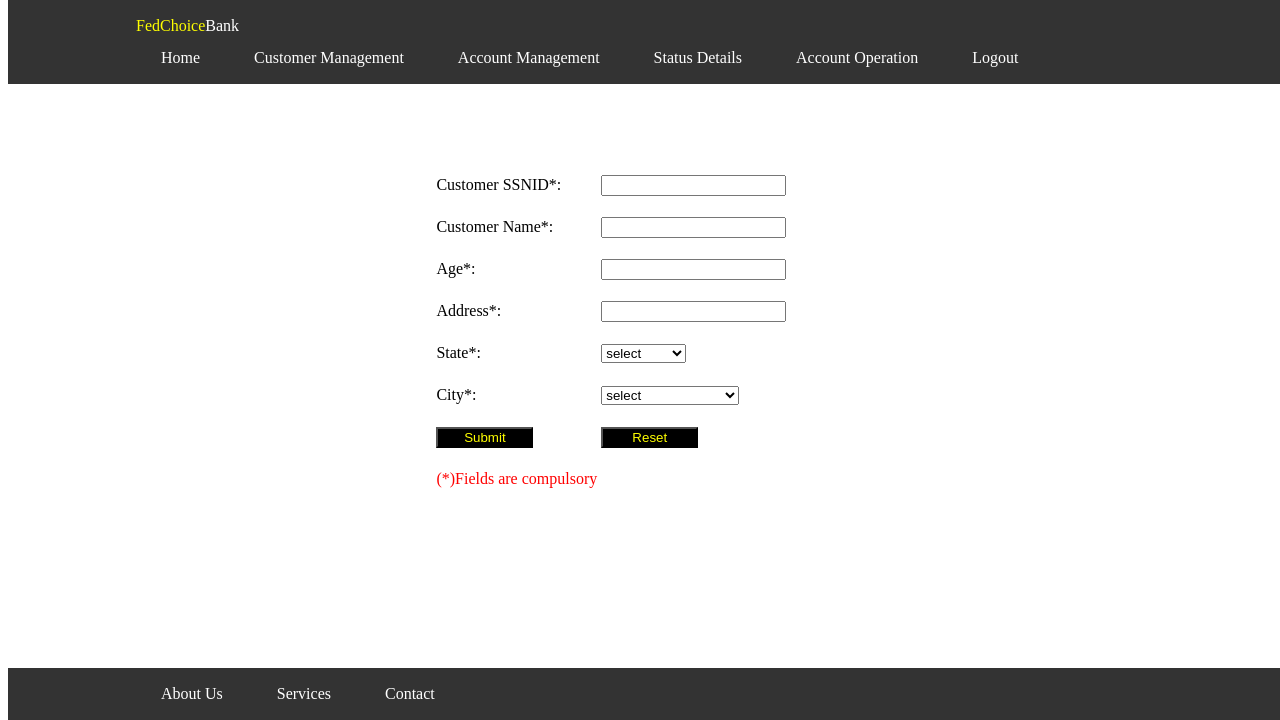
Repository: gopikavinod/RBM
Page: http://localhost/Retail_Bank_Management/userLogged.jsp
These files come from the project's save history. The page is drawn as it stood at one moment and after the next save; the edit follows.
The browser window is 1280 px wide. The pictures show the whole page.
The page is served by Tomcat 9.

Above is the page before, as saved 2020-06-15 11:10:27.

After the next save:
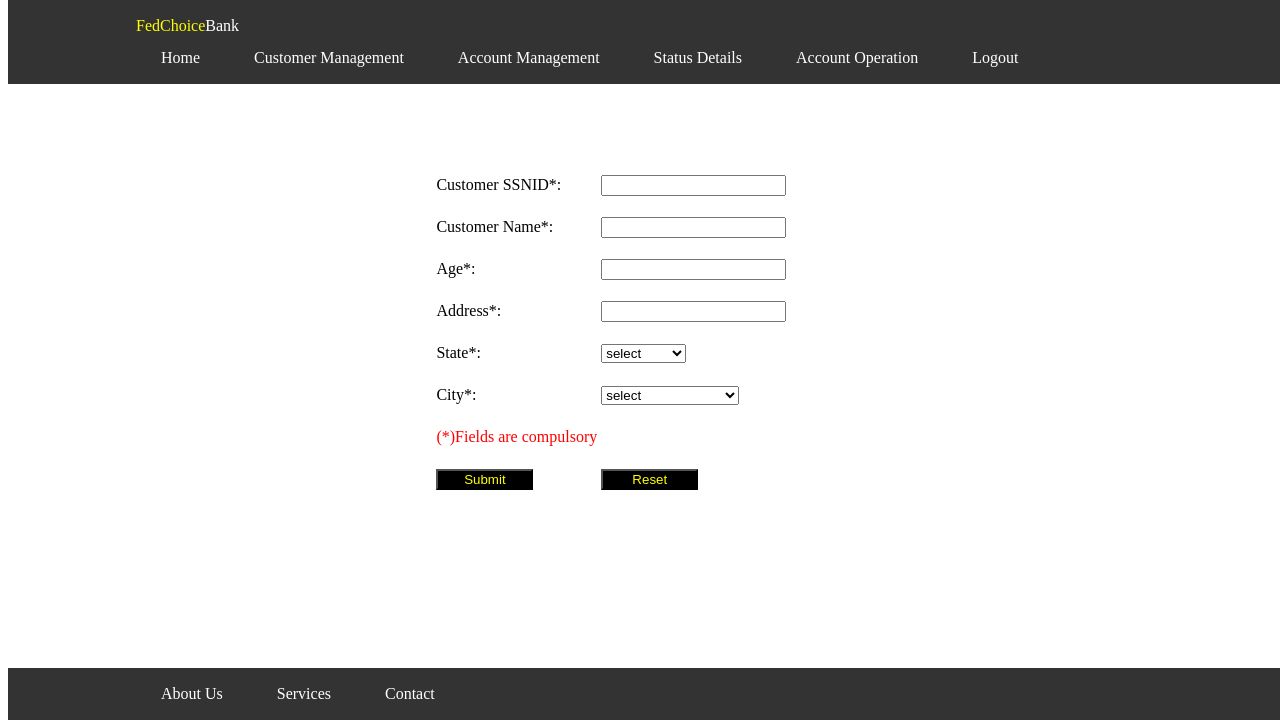
Saved 24 s later.
--- a/eclipse-workspace/Retail Bank Management/WebContent/userLogged.jsp
+++ b/eclipse-workspace/Retail Bank Management/WebContent/userLogged.jsp
@@ -122,14 +122,15 @@
 </select>
 </td>
 </tr>
+<tr >
+<td style="color: red;"> (*)Fields are compulsory</td>
+
+</tr>
 <tr colspan="1">
 <td><input type="submit" value="Submit" style="background-color: black;color: yellow ;width:97px"></td>
 <td><input type="reset" value="Reset" style="background-color: black;color: yellow ;width:97px"></td>
 </tr>
-<tr >
-<td style="color: red;"> (*)Fields are compulsory</td>
 
-</tr>
 </table>
 
     	</form>
